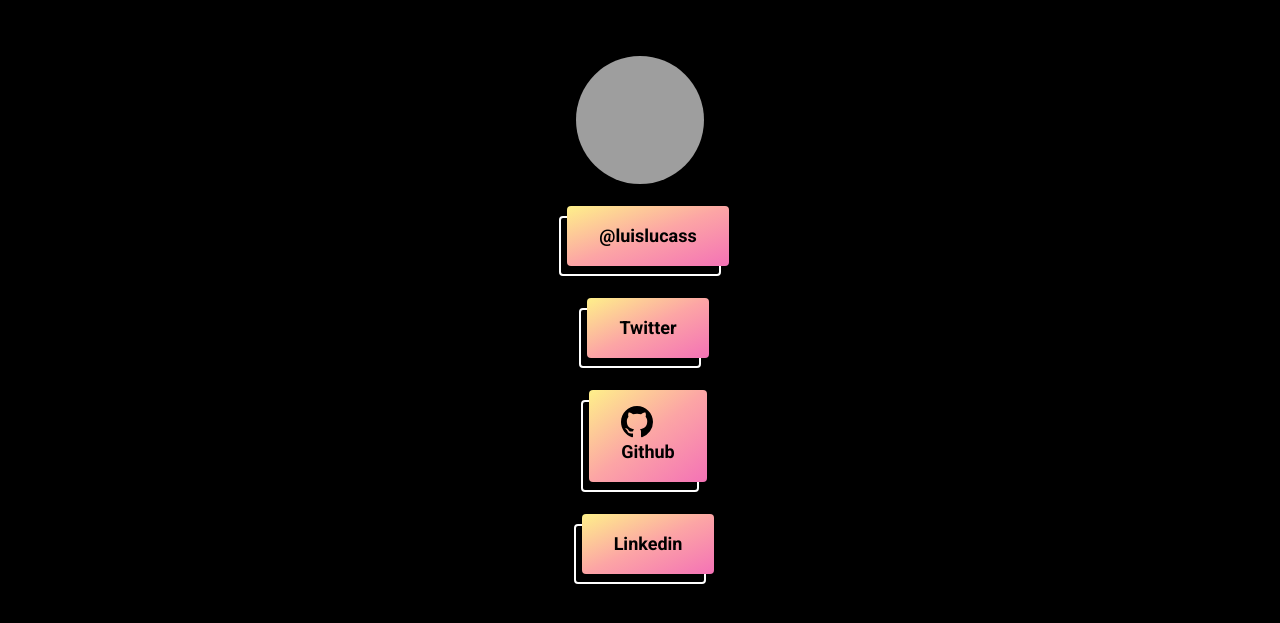
Repository: LuisSempre/link-to
Page: index.html
These files come from the project's save history. The page is drawn as it stood at one moment and after the next save; the edit follows.
The browser window is 1280 px wide. The pictures show the whole page.
Pictures or frames that could not be fetched are drawn as grey boxes. Some web libraries are served in a nearby version.

Above is the page before, as saved 2022-07-05 22:24:13.

### index.html
<!DOCTYPE html>
<html lang="en">
    <head>
        <meta charset="UTF-8">
        <meta http-equiv="X-UA-Compatible" content="IE=edge">
        <meta name="viewport" content="width=device-width, initial-scale=1.0">
        <link rel="preconnect" href="https://fonts.googleapis.com">
        <link rel="preconnect" href="https://fonts.gstatic.com" crossorigin>
        <link
            href="https://fonts.googleapis.com/css2?family=Roboto:ital,wght@0,100;0,300;0,400;0,500;0,700;0,900;1,100;1,300;1,400;1,500;1,700;1,900&display=swap"
            rel="stylesheet">
        <script src="https://cdn.tailwindcss.com"></script>
        <title>Document</title>
    </head>
    <body style="font-family:Roboto">
        <div class="h-screen w-full bg-black flex items-center justify-center">
            <section class="relative">
                <div class="relative z-40 mx-auto h-full max-w-7xl px-10">
                    <div class="-mt-20 flex h-full w-full flex-col items-center
                        justify-center space-y-8">
                        <img
                            class="w-32 h-32 rounded-full"
                            src="https://media-exp1.licdn.com/dms/image/C4E03AQFxPhk96MlXfQ/profile-displayphoto-shrink_800_800/0/1657066015387?e=1662595200&v=beta&t=8l3NPv3_wh4v4q8p_mHKIiNLJlaeUFYIeHHBMLw4AEI"
                            alt="">
                        <a href="https://www.instagram.com/luislucass/"
                            class="group relative w-full sm:w-auto">
                            <span class="absolute top-0 left-0 h-full w-full
                                rounded
                                border-2 border-white text-transparent">Twitter</span>
                            <span class="relative inline-block w-full
                                -translate-y-2.5 translate-x-2 transform rounded
                                bg-gradient-to-br from-yellow-200 via-red-300
                                to-pink-400 px-8 py-4 text-center text-lg
                                font-semibold transition-all duration-150
                                ease-linear group-hover:-translate-y-1.5
                                group-hover:translate-x-1.5 sm:w-auto
                                hover:text-white">@luislucass</span>
                        </a>
                        <a href="https://twitter.com/LuisLucass" class="group
                            relative w-full sm:w-auto">
                            <span class="absolute top-0 left-0 h-full w-full
                                rounded
                                border-2 border-white text-transparent">Twitter</span>
                            <span class="relative inline-block w-full
                                -translate-y-2.5 translate-x-2 transform rounded
                                bg-gradient-to-br from-yellow-200 via-red-300
                                to-pink-400 px-8 py-4 text-center text-lg
                                font-semibold transition-all duration-150
                                ease-linear group-hover:-translate-y-1.5
                                group-hover:translate-x-1.5 sm:w-auto
                                hover:text-white">Twitter</span>
                        </a>
                        <a href="https://github.com/LuisSempre" class="group
                            relative w-full sm:w-auto">
                            <span class="absolute top-0 left-0 h-full w-full
                                rounded
                                border-2 border-white text-transparent">Github</span>
                            <span class="relative inline-block w-full
                                -translate-y-2.5 translate-x-2 transform rounded
                                bg-gradient-to-br from-yellow-200 via-red-300
                                to-pink-400 px-8 py-4 text-center text-lg
                                font-semibold transition-all duration-150
                                ease-linear group-hover:-translate-y-1.5
                                group-hover:translate-x-1.5 sm:w-auto
                                hover:text-white"> <svg height="32"
                                    aria-hidden="true" viewBox="0 0 16
                                    16" version="1.1" width="32"
                                    data-view-component="true" class="octicon
                                    octicon-mark-github v-align-middle">
                                    <path fill-rule="evenodd" d="M8 0C3.58 0 0
                                        3.58
                                        0 8c0 3.54 2.29 6.53 5.47
                                        7.59.4.07.55-.17.55-.38
                                        0-.19-.01-.82-.01-1.49-2.01.37-2.53-.49-2.69-.94-.09-.23-.48-.94-.82-1.13-.28-.15-.68-.52-.01-.53.63-.01
                                        1.08.58 1.23.82.72 1.21 1.87.87
                                        2.33.66.07-.52.28-.87.51-1.07-1.78-.2-3.64-.89-3.64-3.95
                                        0-.87.31-1.59.82-2.15-.08-.2-.36-1.02.08-2.12
                                        0 0 .67-.21 2.2.82.64-.18 1.32-.27
                                        2-.27.68
                                        0 1.36.09 2 .27 1.53-1.04 2.2-.82
                                        2.2-.82.44
                                        1.1.16 1.92.08 2.12.51.56.82 1.27.82
                                        2.15 0
                                        3.07-1.87 3.75-3.65 3.95.29.25.54.73.54
                                        1.48
                                        0 1.07-.01 1.93-.01 2.2 0
                                        .21.15.46.55.38A8.013 8.013 0 0016
                                        8c0-4.42-3.58-8-8-8z"></path>
                                </svg>Github</span>
                        </a>
                        <a
                            href="https://www.linkedin.com/in/luis-lucas-a5b30737/"
                            class="group relative w-full sm:w-auto">
                            <span class="absolute top-0 left-0 h-full w-full
                                rounded
                                border-2 border-white text-transparent">Linkedin</span>
                            <span class="relative inline-block w-full
                                -translate-y-2.5 translate-x-2 transform rounded
                                bg-gradient-to-br from-yellow-200 via-red-300
                                to-pink-400 px-8 py-4 text-center text-lg
                                font-semibold transition-all duration-150
                                ease-linear group-hover:-translate-y-1.5
                                group-hover:translate-x-1.5 sm:w-auto
                                hover:text-white">Linkedin</span>
                        </a>
                    </div>
                </div>
            </section>
        </div>
    </body>
</html>

After the next save:
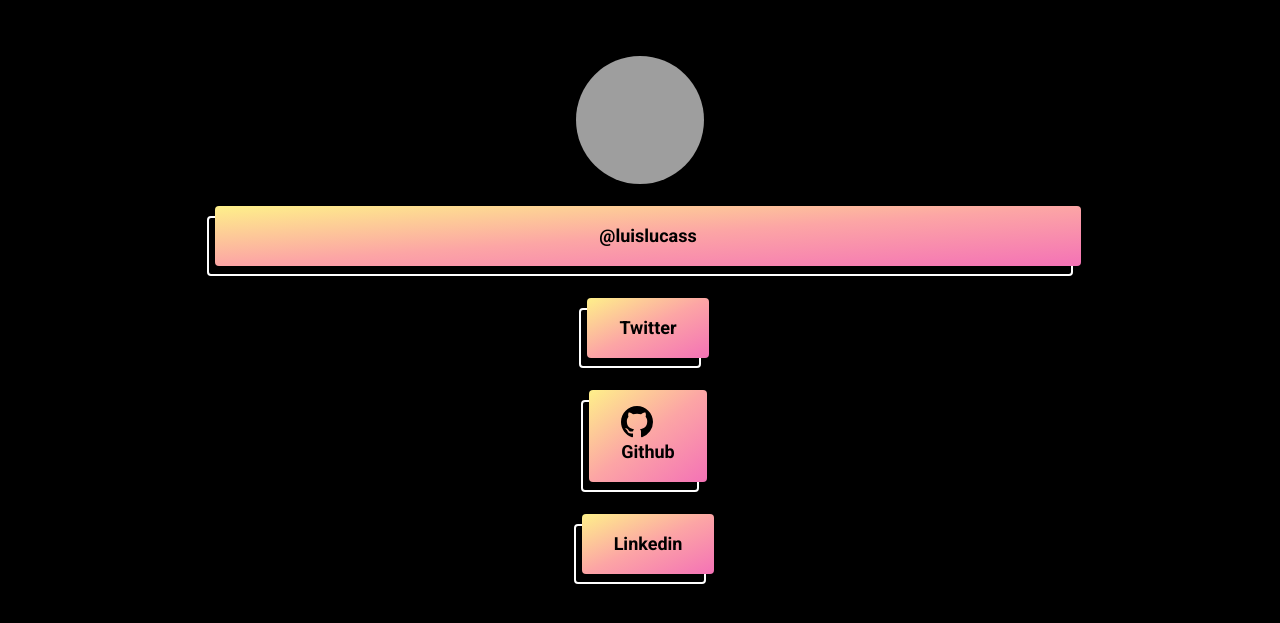
Saved 16 s later.
--- a/index.html
+++ b/index.html
@@ -34,7 +34,7 @@
                                 font-semibold transition-all duration-150
                                 ease-linear group-hover:-translate-y-1.5
                                 group-hover:translate-x-1.5 sm:w-auto
-                                hover:text-white">@luislucass</span>
+                                hover:text-white px-96">@luislucass</span>
                         </a>
                         <a href="https://twitter.com/LuisLucass" class="group
                             relative w-full sm:w-auto">

After the save that followed:
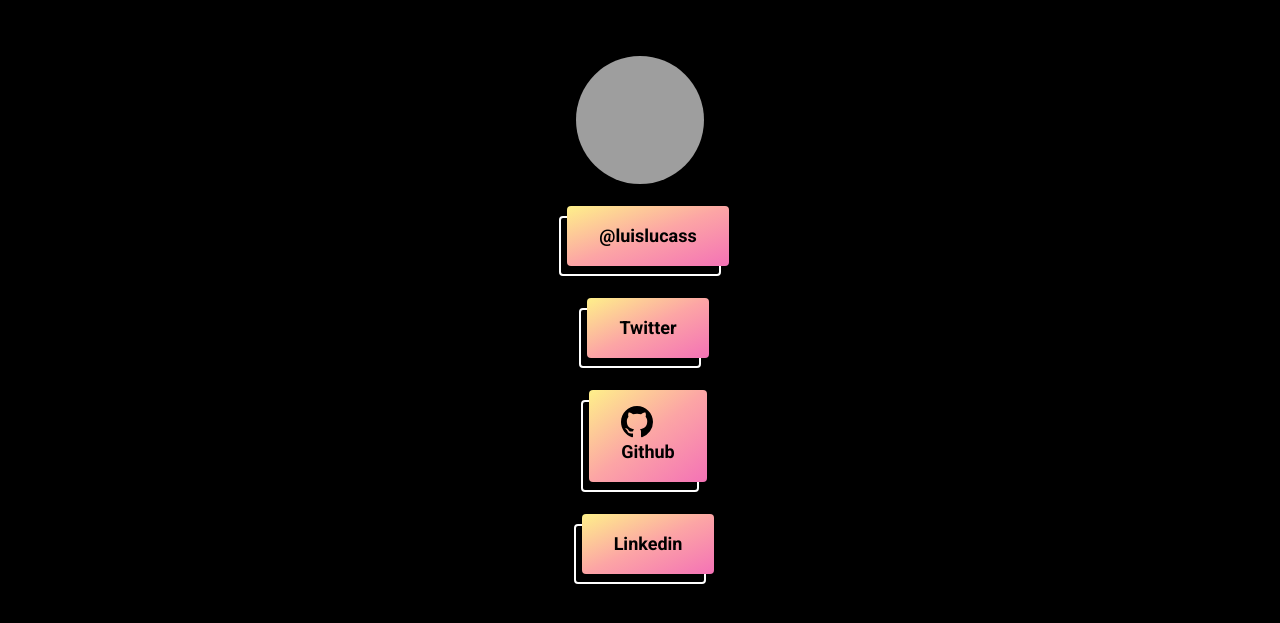
Saved 14 s later.
--- a/index.html
+++ b/index.html
@@ -34,7 +34,7 @@
                                 font-semibold transition-all duration-150
                                 ease-linear group-hover:-translate-y-1.5
                                 group-hover:translate-x-1.5 sm:w-auto
-                                hover:text-white px-96">@luislucass</span>
+                                hover:text-white px-64">@luislucass</span>
                         </a>
                         <a href="https://twitter.com/LuisLucass" class="group
                             relative w-full sm:w-auto">
